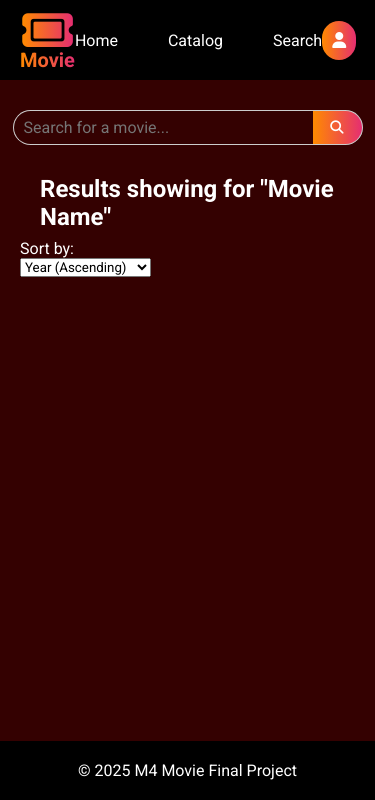
Repository: avivanguyen/m4_movie-FinalProject
Page: index.html
An editor plug-in stored every save of this project. The page is shown before and after a run of saves, followed by the edit.
The browser window is 375 px wide. The pictures show the whole page.
Some web libraries are served in a nearby version.

Above is the page before, as saved 2025-12-30 08:09:14.

### index.html
<!DOCTYPE html>
<html lang="en">
<head>
    <meta charset="UTF-8">
    <meta name="viewport" content="width=device-width, initial-scale=1.0">
    <title>M4 Movie Final Project</title>
    <link rel="stylesheet" href="styles.css">
    <script src="script.js" defer></script>
    <script src="https://kit.fontawesome.com/2588cf0bac.js" crossorigin="anonymous"></script>
</head>
<body>
    <nav>
        <div class="logo">
            <i class="fa-solid fa-ticket logo__ticket"></i>
            <h1 class="logo__title">Movie</h1>
        </div>
        <ul class="nav-links">
            <li><a href="#">Home</a></li>
            <li><a href="#">Catalog</a></li>
            <li><a href="#">Search</a></li>
        </ul>
        <div class="login">
            <button>
                <a href="#">
                    <i class="fa-solid fa-user login__icon"></i>
                    <span class="login__text">Login</span>
                </a>
            </button>
        </div>
    </nav>
    <main>
        <section class="search-section">
            <input type="text" id="search-input" placeholder="Search for a movie..." onchange="onSearchMovie(event)">
            <button id="search-button"><i class="fa-solid fa-magnifying-glass"></i></button>
        </section>
        <section class="results__section">
            <div id="results__container">
                <div class="breadcrumb">
                    <h2>Results showing for "<span id="search-term">Movie Name</span>"</h2>
                </div>
                <div class="sort">
                    <label for="sort-select">Sort by:</label>
                    <select id="sort-select" onchange="onSortChange(event)">
                        <option value="year-ascending">Year (Ascending)</option>
                        <option value="year-descending">Year (Descending)</option>
                        <option value="title-ascending">Movie Title (A-Z)</option>
                        <option value="title-descending">Movie Title (Z-A)</option>
                    </select>
                </div>
                <div class="loading hidden">
                    <i class="fa fa-spinner fa-spin"></i>
                </div>
                <div class="movie">
                    <div class="movie-card hidden">
                        <div class="movie-card__container" onclick="toggleModal()">
                            <div class="movie__poster">
                                <img src="./assets/movie_poster-placeholder.png" alt="">
                            </div>
                            <div class="movie__title">Movie Title</div>
                            <div class="movie__year">20XX</div>
                        </div>
                    </div>
                    <!-- <div class="movie-card">
                        <div class="movie-card__container" onclick="toggleModal()">
                            <div class="movie__poster">
                                <img src="./assets/movie_poster-placeholder.png" alt="">
                            </div>
                            <div class="movie__title">Movie Title</div>
                            <div class="movie__year">20XX</div>
                        </div>
                    </div>
                    <div class="movie-card">
                        <div class="movie-card__container" onclick="toggleModal()">
                            <div class="movie__poster">
                                <img src="./assets/movie_poster-placeholder.png" alt="">
                            </div>
                            <div class="movie__title">Movie Title</div>
                            <div class="movie__year">20XX</div>
                        </div>
                    </div>
                    <div class="movie-card">
                        <div class="movie-card__container" onclick="toggleModal()">
                            <div class="movie__poster">
                                <img src="./assets/movie_poster-placeholder.png" alt="">
                            </div>
                            <div class="movie__title">Movie Title</div>
                            <div class="movie__year">20XX</div>
                        </div>
                    </div>
                    <div class="movie-card">
                        <div class="movie-card__container" onclick="toggleModal()">
                            <div class="movie__poster">
                                <img src="./assets/movie_poster-placeholder.png" alt="">
                            </div>
                            <div class="movie__title">Movie Title</div>
                            <div class="movie__year">20XX</div>
                        </div>
                    </div>
                    <div class="movie-card">
                        <div class="movie-card__container" onclick="toggleModal()">
                            <div class="movie__poster">
                                <img src="./assets/movie_poster-placeholder.png" alt="">
                            </div>
                            <div class="movie__title">Movie Title</div>
                            <div class="movie__year">20XX</div>
                        </div>
                    </div> -->
                </div>
            </div>
        </section>
        <div class="modal">
            <div class="modal__half modal__poster">
                <figure>
                    <img src="./assets/movie_poster-placeholder.png" alt="">
                </figure>
            </div>
            <div class="modal__half modal__description">
                <h2 class="modal__title">Movie Title</h2>
                <p class="modal__year">20XX</p>
                <p class="modal__plot">Lorem ipsum dolor sit amet, consectetur adipiscing elit. Sed do eiusmod tempor incididunt ut labore et dolore magna aliqua.</p>
                <ul class="modal__details">
                    <li><strong>Director:</strong> Director Name</li>
                    <li><strong>Actors:</strong> Actor 1, Actor 2, Actor 3</li>
                    <li><strong>Runtime:</strong> XX min</li>
                </ul>
                <button class="watch">Watch Now</button>
            </div>
            <button class="close-button" onclick="toggleModal()">Close</button>
        </div>
    </main>
    <footer>
        <p>&copy; 2025 M4 Movie Final Project</p>
    </footer>
</body>
</html>

### styles.css
@import url('https://fonts.googleapis.com/css2?family=Roboto:ital,wght@0,100..900;1,100..900&display=swap');

* {
    margin: 0;
    padding: 0;
    box-sizing: border-box;
    font-family: 'Roboto', sans-serif;
}

body {
    background-color: #340101;
    min-height: 100vh;
    display: flex;
    flex-direction: column; /*ensures footer stays at bottom*/
}

a {
    text-decoration: none;
}

li {
    list-style: none;
}

.hidden {
    display: none !important;
}

/*
NAVIGATION STYLES
*/
nav {
    display: flex;
    justify-content: space-between;
    align-items: center;
    flex-direction: row;
    background-color: black;
    width: 100%;
    padding: 15px 40px;
}

.logo {
    display: flex;
    align-items: center;
    flex-direction: column;
}

.logo__ticket,
.logo__title {
    background: linear-gradient(90deg, #ff8a00, #e52e71);
    background-clip: text;
    -webkit-background-clip: text;
    -webkit-text-fill-color: transparent;
}

.logo__ticket {
    font-size: 45px;
    margin-bottom: -5px;
}

.logo__title {
    font-size: 20px;
}

.nav-links {
    display: flex;
    flex-direction: row;
    gap: 100px;
}

.nav-links a {
    color: white;
    font-size: 16px;
    transition: color 300ms ease;
}

.nav-links a:hover,
.close-button:hover {
    color: #ff8a00;
}

.login button,
.modal button.watch {
    background: linear-gradient(90deg, #ff8a00, #e52e71);
    border: none;
    padding: 10px 25px;
    border-radius: 50px;
    color: white;
    font-size: 16px;
    cursor: pointer;
    transition: transform 300ms ease;
}
.login button:hover,
.modal button.watch:hover {
    transform: scale(1.1);
}

.login a {
    color: white;
}


/*
SEARCH STYLES
*/
.search-section {
    display: flex;
    justify-content: center;
    align-items: center;
    margin: 30px 0;
}

#search-input {
    width: 400px;
    height: 35px;
    padding: 0 10px;
    font-size: 16px;
    border: 1.5px solid #ccc;
    border-right: none;
    border-radius: 50px 0 0 50px;
    outline: none;
    background-color: transparent;
    color: white;
}

#search-button {
    height: 35px;
    width: 50px;
    outline: none;
    border-radius: 0 50px 50px 0;
    border: 1.5px solid #ccc;
    border-left: none;
    cursor: pointer;
    background: linear-gradient(90deg, #ff8a00, #e52e71);
    transition: all 300ms ease;
    position: relative;
}
#search-button:hover {
    background: transparent;
    border: 2px solid transparent;
    background-image: linear-gradient(#340101, #340101), linear-gradient(90deg, #ff8a00, #e52e71);
    background-origin: border-box;
    background-clip: padding-box, border-box;
}

.search-section #search-button i {
    color: white;
}

/*
LOADING STYLES
*/
.loading {
    justify-content: center;
    align-items: center;
    margin-top: 20px;
    opacity: 1;
    transition: opacity 500ms ease-in-out;
}

.loading:not(.hidden) {
    display: flex;
}

.loading.hidden {
    opacity: 0;
    transition: opacity 500ms ease-in-out 1000ms;
}

.fa-spinner {
    font-size: 35px;
    color: white;
}

/*
RESULTS STYLES
*/
.breadcrumb {
    color: white;
    margin-left: 20px;
    margin-bottom: 40px;
}

.sort label {
    color: white;
    margin-right: 10px;
}

.sort {
    display: flex;
    justify-content: flex-end;
    align-items: center;
    margin-top: -65px;
}

.results__section {
    margin: 0 60px;
}

.movie {
    width: 100%;
    height: auto;
    padding: 0 80px;
    margin-top: 20px;
    display: flex;
    flex-direction: row;
    flex-wrap: wrap;
    justify-content: center;
}

.movie-card {
    cursor: pointer;
    margin: 15px;
    width: 200px; /*makes sure all cards are same size and that the text doesn't overflow*/
    display: flex;
    flex-direction: row;
    flex-wrap: wrap;
    justify-content: center;
    transition: transform 300ms ease;
}
.movie-card:hover {
    transform: scale(1.05);
    background-color: #4d0d0d;
    border-radius: 8px;
    box-shadow: 0 6px 12px #4d0d0d;
}

.movie-card__container {
    padding: 4px 18px;
}

.movie__poster img {
    width: 200px;
    height: 300px;
    box-shadow: 0 4px 8px rgba(0, 0, 0, 0.2);
}

.movie__title,
.movie__year {
    color: white;
    text-align: center;
    margin-top: 2px;
}

/*
MODAL STYLES
*/
.modal {
    display: flex;
    position: fixed;
    top: 50%;
    left: 50%;
    transform: translate(-50%, -50%);
    width: 90%;
    max-width: 1100px;
    background-color: #4b3434;
    box-shadow: 0 6px 12px #4d0d0d;
    visibility: hidden;
    transition: visibility 400ms, z-index 300ms ease;
}

.modal--open .modal {
    display: flex;
    z-index: 50;
    box-shadow: 0 6px 12px #4d0d0d;
    visibility: visible;
}

.modal__half {
    display: flex;
    flex-direction: column;
    justify-content: center;
    position: relative;
}

.modal__poster img {
    width: 100%;
}

.modal__description {
    padding: 80px;
    color: white;
    line-height: 2.5;
}

.watch {
    margin-top: auto;
    width: 50%;
    display: flex;
    justify-content: center;
    align-items: center;
    margin-left: 100px;
}

.close-button {
    position: absolute;
    top: 15px;
    right: 30px;
    font-size: 20px;
    color: white;
    cursor: pointer;
    background-color: transparent;
    border: none;
}

/*
FOOTER STYLES
*/
footer {
    text-align: center;
    padding: 20px 0;
    background-color: black;
    color: white;
    margin-top: auto;
}


/*
RESPONSIVE STYLES
*/
@media (max-width: 768px) {
    .nav-links {
            gap: 75px;
        }

    #search-input {
        width: 300px;
    }

    .movie-card {
        margin: 15px;
    }

    .modal__description {
        padding: 40px;
        line-height: 2;
    }

    .modal__details {
        margin-bottom: 15px;
    }

    .close-button {
        font-size: 18px;
    }
}

@media (max-width: 480px) {
    nav {
        padding: 8px 20px;
    }
    .nav-links {
        gap: 50px;
    }

    .login__text {
        display: none;
    }
    .login button {
        padding: 10px;
    }

    .breadcrumb {
        margin-bottom: 8px;
    }

    .sort {
        margin-top: 0px;
        pad
        display: flex;
        flex-direction: column;
        align-items: flex-start;
    }

    .movie-card {
        margin: 8px;
    }
    .movie__poster img {
        width: 150px;
        height: auto;
    }
    .movie__title, .movie__year {
        font-size: 20px;
    }

    .results__section {
        margin: 0 20px;
    }
    .movie {
        padding: 0;
    }

    .modal {
        flex-direction: column;
    }
    .modal__description {
        padding: 18px;
        line-height: 1.8;
    }
    .modal__poster {
        display: flex;
        justify-content: center;
        align-items: center;
        text-align: center;
    }
    .modal__poster img {
        width: 50%;
    }
}

### script.js
//API key: 5aa2e87d
//base URL: https://www.omdbapi.com/?apikey=5aa2e87d&s=MOVIE_NAME_HERE

//Modal functionality
let isModalOpen = false;

function toggleModal() {
  if (isModalOpen) {
    isModalOpen = !isModalOpen;
    return document.body.classList.remove("modal--open");
  }
  isModalOpen = true;
  document.body.classList += " modal--open";
}

//Search functionality
async function onSearchMovie(event) {
  const searchMovie = event.target.value;

  if (!searchMovie) return;

  //breadcrumb
  document.getElementById("search-term").textContent = searchMovie;

  const movieContainer = document.querySelector(".movie");
  const loadingSpinner = document.querySelector(".loading");

  loadingSpinner.classList.remove("hidden");

  // Fetch movies from API
  const response = await fetch(
    `https://www.omdbapi.com/?apikey=5aa2e87d&s=${searchMovie}`
  );
  const data = await response.json();

  loadingSpinner.classList.add("hidden");

  if (data.Response === "True") {
    movieContainer.innerHTML = data.Search
    .slice(0, 6) // Limit to first 6 results//
      .map((movie) => movieCardHtml(movie))
      .join("");
  } else {
    movieContainer.innerHTML = `<div class="breadcrumb">
            <h2>Results showing for "<span id="search-term">${searchMovie}</span>"</h2>
        </div>`;
  }
}

//Movie card results
function movieCardHtml(movie) {
  return `
    <div class="movie-card">
        <div class="movie-card__container" onclick="toggleModal()">
            <div class="movie__poster">
                <img src="${
                  movie.Poster !== "N/A"
                    ? movie.Poster
                    : "./assets/movie_poster-placeholder.png"
                }" alt="">
            </div>
            <div class="movie__title">${movie.Title}</div>
            <div class="movie__year">${movie.Year}</div>
        </div>
    </div>`;
}

// //Movie modal results
// async function movieModalHtml(imdbID) {
//   toggleModal();
//   const response = await fetch(
//     `https://www.omdbapi.com/?apikey=5aa2e87d&i=${imdbID}`
//   );
//   const movie = await response.json();

//   document.querySelector(".modal__poster img").src =
//     movie.Poster !== "N/A"
//       ? movie.Poster
//       : "./assets/movie_poster-placeholder.png";
//   document.querySelector(".modal__title").textContent = movie.Title;
//   document.querySelector(".modal__year").textContent = movie.Year;
// }
// function movieModalHtml(movie) {
//   return `
//     <div class="modal">
//             <div class="modal__half modal__poster">
//                 <figure>
//                     <img src="${
//                       movie.Poster !== "N/A"
//                         ? movie.Poster
//                         : "./assets/movie_poster-placeholder.png"
//                     }" alt="">
//                 </figure>
//             </div>
//             <div class="modal__half modal__description">
//                 <h2 class="modal__title">${movie.Title}</h2>
//                 <p class="modal__year">${movie.Year}</p>
//                 <p class="modal__plot">Lorem ipsum dolor sit amet, consectetur adipiscing elit. Sed do eiusmod tempor incididunt ut labore et dolore magna aliqua.</p>
//                 <ul class="modal__details">
//                     <li><strong>Director:</strong> Director Name</li>
//                     <li><strong>Actors:</strong> Actor 1, Actor 2, Actor 3</li>
//                     <li><strong>Runtime:</strong> XX min</li>
//                 </ul>
//                 <button class="watch">Watch Now</button>
//             </div>
//             <button class="close-button" onclick="toggleModal()">Close</button>
//         </div>`;
// }

After the next 4 saves:
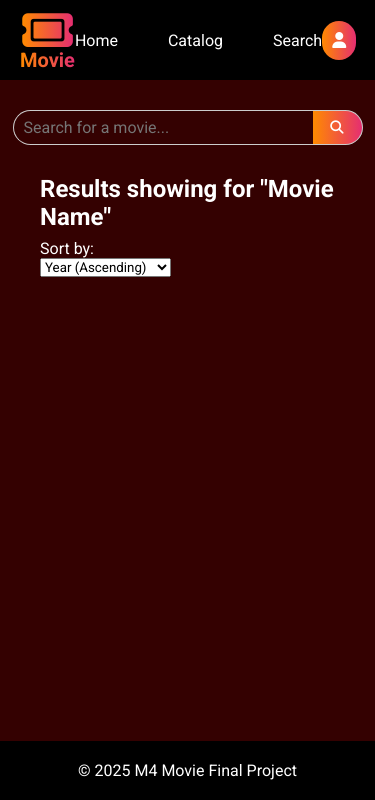
The 4 saves are shown as one change because they came seconds apart.
The last was saved 14 s later.
--- a/styles.css
+++ b/styles.css
@@ -366,7 +366,7 @@ RESPONSIVE STYLES
 
     .sort {
         margin-top: 0px;
-        pad
+        margin-left: 20px;
         display: flex;
         flex-direction: column;
         align-items: flex-start;
